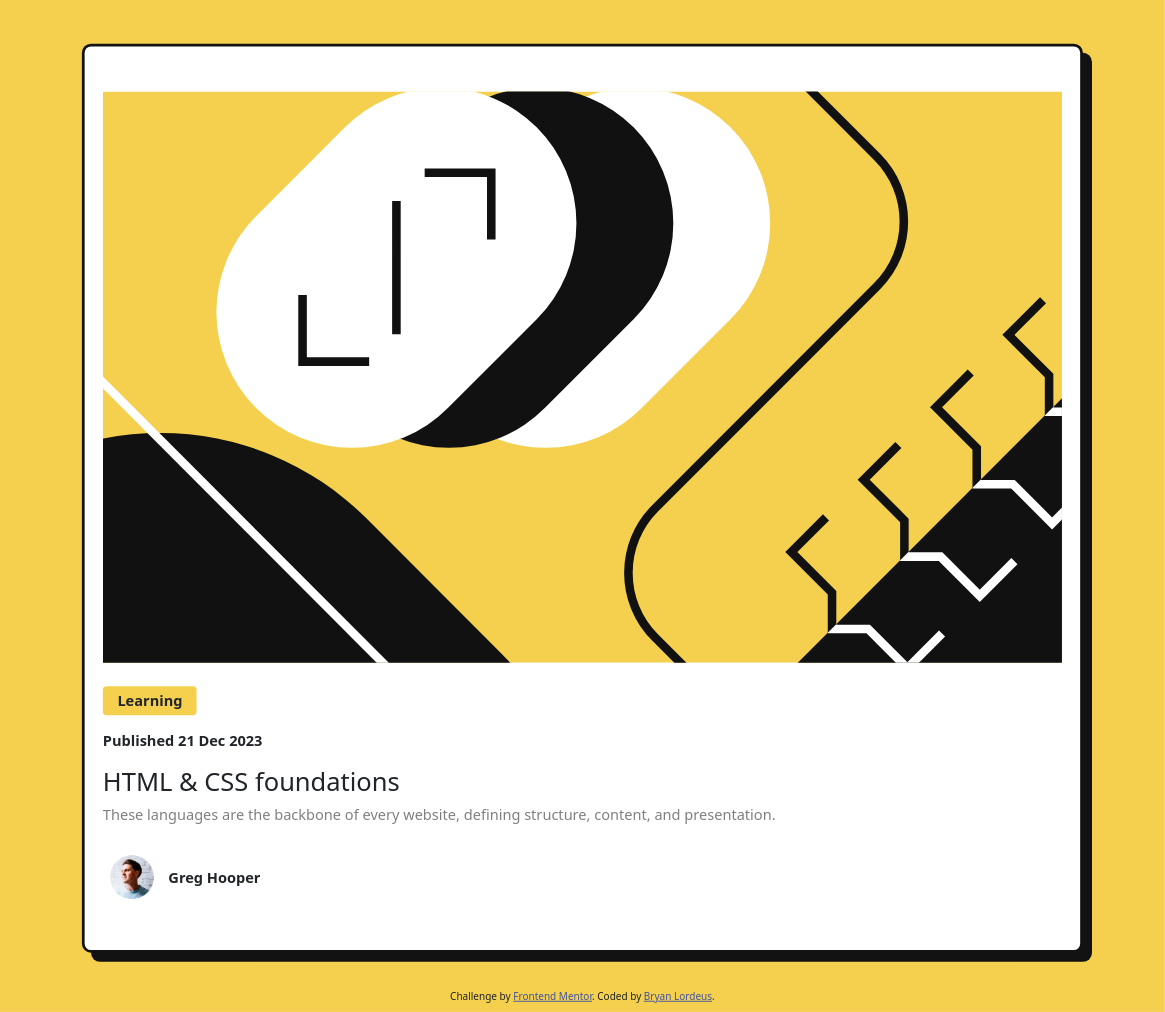
Repository: blordeus/blog-preview-card
Page: index.html
These files come from the project's save history. The page is drawn as it stood at one moment and after the next save; the edit follows.
The browser window is 1280 px wide. The pictures show the whole page, at 91% of full size.
The style sheet was rebuilt from its Sass, Less or Tailwind sources for each picture, by a compiler version that may differ from the author's.

Above is the page before, as saved 2024-02-10 10:50:40.

### index.html
<!DOCTYPE html>
<html lang="en">
<head>
  <meta charset="UTF-8">
  <meta name="viewport" content="width=device-width, initial-scale=1.0"> <!-- displays site properly based on user's device -->

  <link rel="icon" type="image/png" sizes="32x32" href="./assets/images/favicon-32x32.png">
  <link rel="stylesheet" href="style.css">
  <link href="https://cdn.jsdelivr.net/npm/bootstrap@5.1.3/dist/css/bootstrap.min.css" rel="stylesheet" integrity="sha384-1BmE4kWBq78iYhFldvKuhfTAU6auU8tT94WrHftjDbrCEXSU1oBoqyl2QvZ6jIW3" crossorigin="anonymous">
  <title>Frontend Mentor | Blog preview card</title>

</head>
<body class="yellow-bg container">
<main class=" white-bg black-shadow row py-4 px-2 mx-2 my-5 py-md-5 grid grid-rows-4 justify-items-center align-content-start">
    <img class="img-fluid" src="assets\images\illustration-article.svg" alt="header image">
    <div class="mt-4">
      <p class="yellow-bg d-inline-block px-3 py-1 rounded fw-bold">Learning</p>
    </div>

    <p class="fw-bold">Published 21 Dec 2023</p>

    <h1 class="h3">HTML & CSS foundations</h1>

    <p class="grey-text">These languages are the backbone of every website, defining structure, content, and presentation.</p>

    <div class="d-flex gap-2 pt-2 align-items-center">
      <img class="greg" src="assets\images\image-avatar.webp" alt="author image">
      <p class="mt-3 fw-bold">Greg Hooper</p>
    </div>

</main>
<div class="attribution d-none d-sm-block translate-middle-y">
    Challenge by <a href="https://www.frontendmentor.io?ref=challenge" target="_blank">Frontend Mentor</a>.
    Coded by <a href="www.bryanlordeus.com">Bryan Lordeus</a>.
  </div>
</body>
</html>

### style.scss
@font-face {
    font-family: Figtree;
    src: url(./assets/fonts/Figtree-VariableFont_wght.ttf);
}

@font-face {
    font-family: Figtree-Italic;
    src: url(./assets/fonts/Figtree-Italic-VariableFont_wght.ttf) format("truetype");
    font-style: italic;
}

// Primary

$Yellow: hsl(47, 88%, 63%);

// Neutral

$White: hsl(0, 0%, 100%);
$Grey: hsl(0, 0%, 50%);
$Black: hsl(0, 0%, 7%);

body {
    font-family: Figtree;
}

main{
    border-radius: 10px;
}

.rounded-edges {
    border-radius: 5%;
}

p {
    font-size: 16px;
}


.yellow-bg {
    background-color: $Yellow;

}

.black-bg {
    background-color: $Black;
}

//create a black shadow for the box that offsets to the right and bottom

.black-shadow {
    box-shadow: 10px 10px 0px $Black;
    border: 1px solid $Black;
}

.grey-text {
    color: $Grey;
}

.white-bg {
    background-color: $White;
}

.black-text {
    color: $Black;
}

.greg {
    scale: 0.75;
}

.attribution { font-size: 11px; text-align: center; }
.attribution a { color: hsl(228, 45%, 44%); }

//media query for desktop

@media (min-width: 768px) {
    .black-shadow {
        box-shadow: 10px 10px 0px $Black;
        border: 3px solid $Black;
    }

    .img-header {
        max-width: 100%;
        //scale down to 0.5
        scale: 0.5;
    }

}

After the next save:
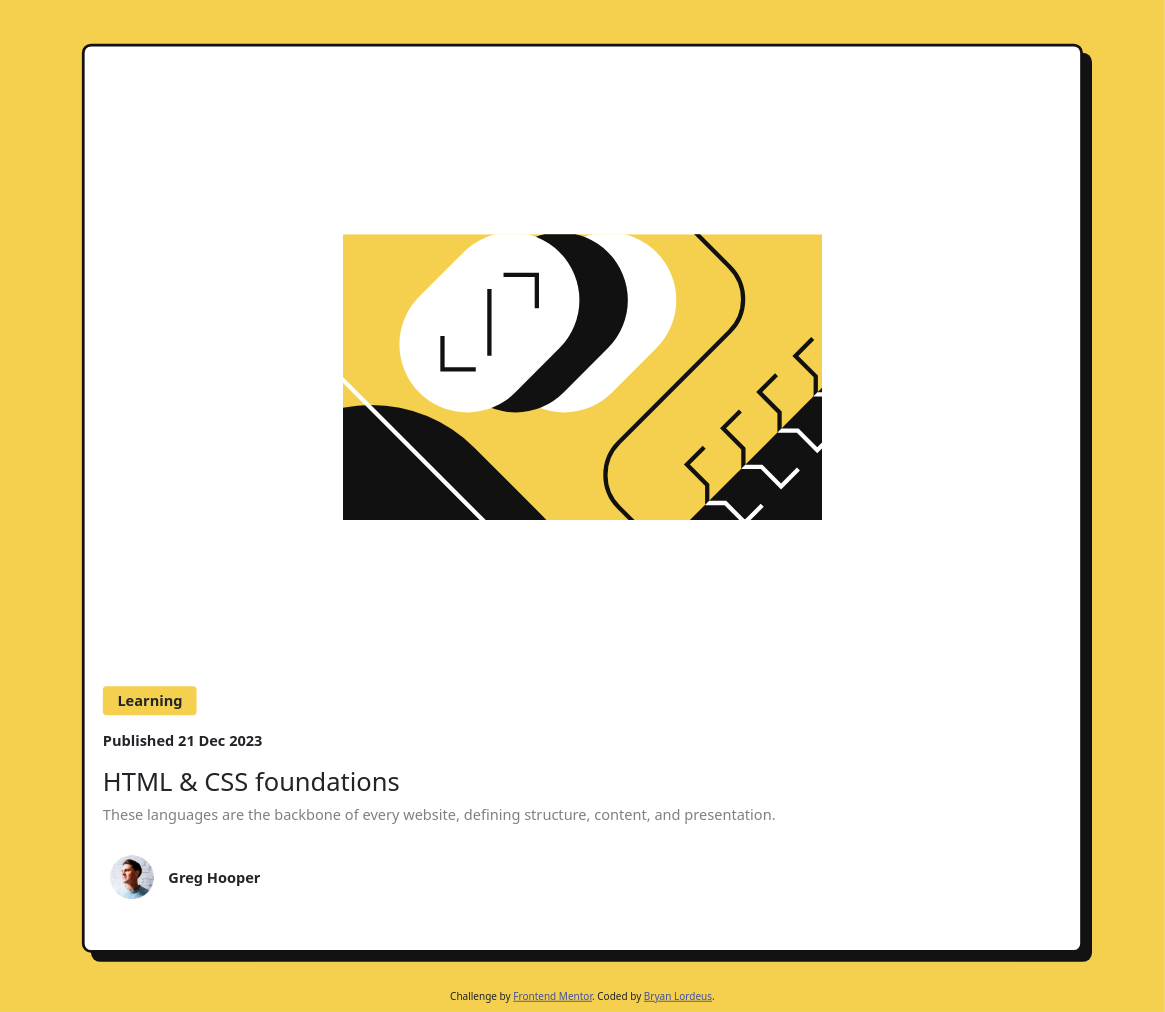
Saved 12 s later.
--- a/index.html
+++ b/index.html
@@ -12,7 +12,7 @@
 </head>
 <body class="yellow-bg container">
 <main class=" white-bg black-shadow row py-4 px-2 mx-2 my-5 py-md-5 grid grid-rows-4 justify-items-center align-content-start">
-    <img class="img-fluid" src="assets\images\illustration-article.svg" alt="header image">
+    <img class="img-header" src="assets\images\illustration-article.svg" alt="header image">
     <div class="mt-4">
       <p class="yellow-bg d-inline-block px-3 py-1 rounded fw-bold">Learning</p>
     </div>
